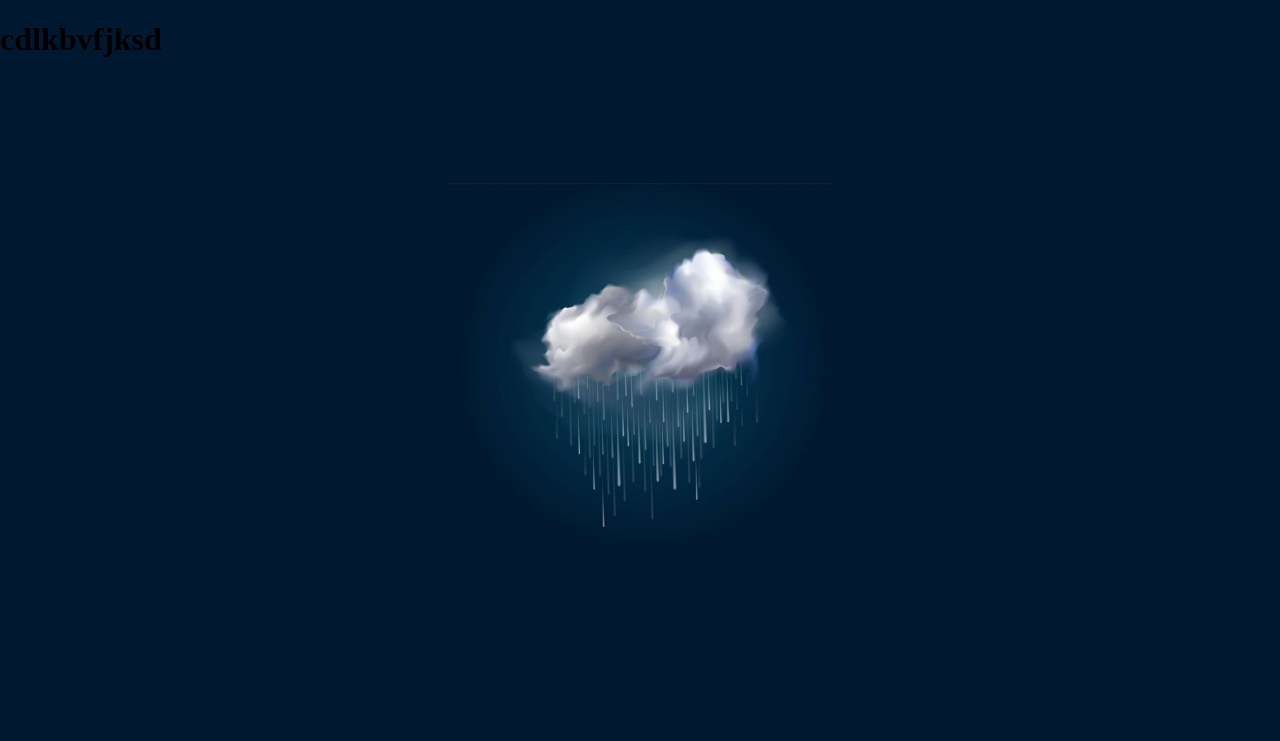
Repository: fateme81yosefi/weather
Page: landing/Landing.html
An editor plug-in stored every save of this project. The page is shown before and after the next save, followed by the edit.
The browser window is 1280 px wide. The pictures show the whole page.

Above is the page before, as saved 2025-02-02 16:36:33.

### landing/Landing.html
<!doctype html>
<html lang="en">
	<head>
		<meta charset="utf-8">
		<meta name="viewport" content="width=device-width,initial-scale=1">
        <link rel="stylesheet" href="./style/landing.css">

		<title>هواشناسی</title>
	</head>
	<body>
        <div class="container-landing">
            <h1>cdlkbvfjksd</h1>
        </div>


		<script src="./js/landing.js"></script>
	</body>

</html>

### landing/style/landing.css
body {
  margin: 0 !important;
  padding: 0;
  overflow: hidden;
  background-color: #001830 ;
}
.container-landing {
  background-image:url("../images/bg.jpg");
  background-position: center;
  background-size: 30%;
  background-repeat: no-repeat;
  height: 100vh;
  margin: 0;
  padding: 0;
}

Loaded but not shown: landing/js/landing.js (no stored copy; drawn as an empty file)

After the next save:
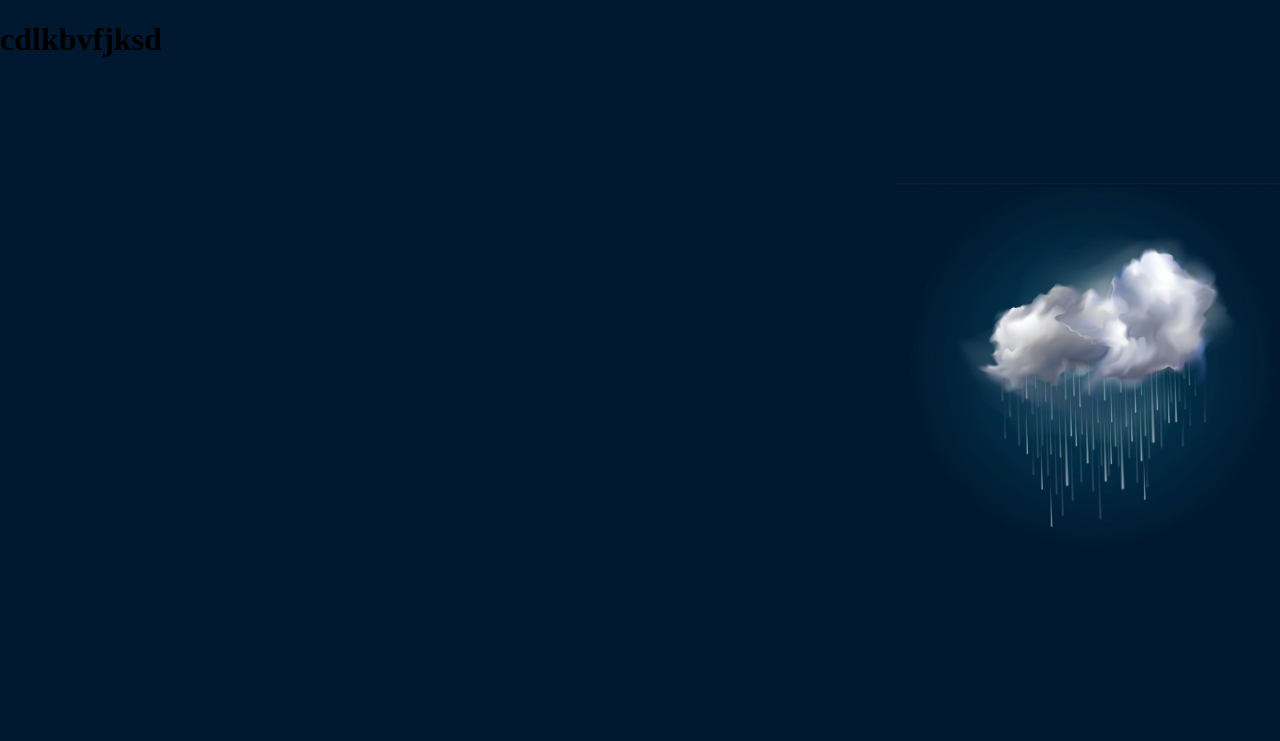
Saved 29 s later.
--- a/landing/style/landing.css
+++ b/landing/style/landing.css
@@ -6,7 +6,7 @@ body {
 }
 .container-landing {
   background-image:url("../images/bg.jpg");
-  background-position: center;
+  background-position: right;
   background-size: 30%;
   background-repeat: no-repeat;
   height: 100vh;
